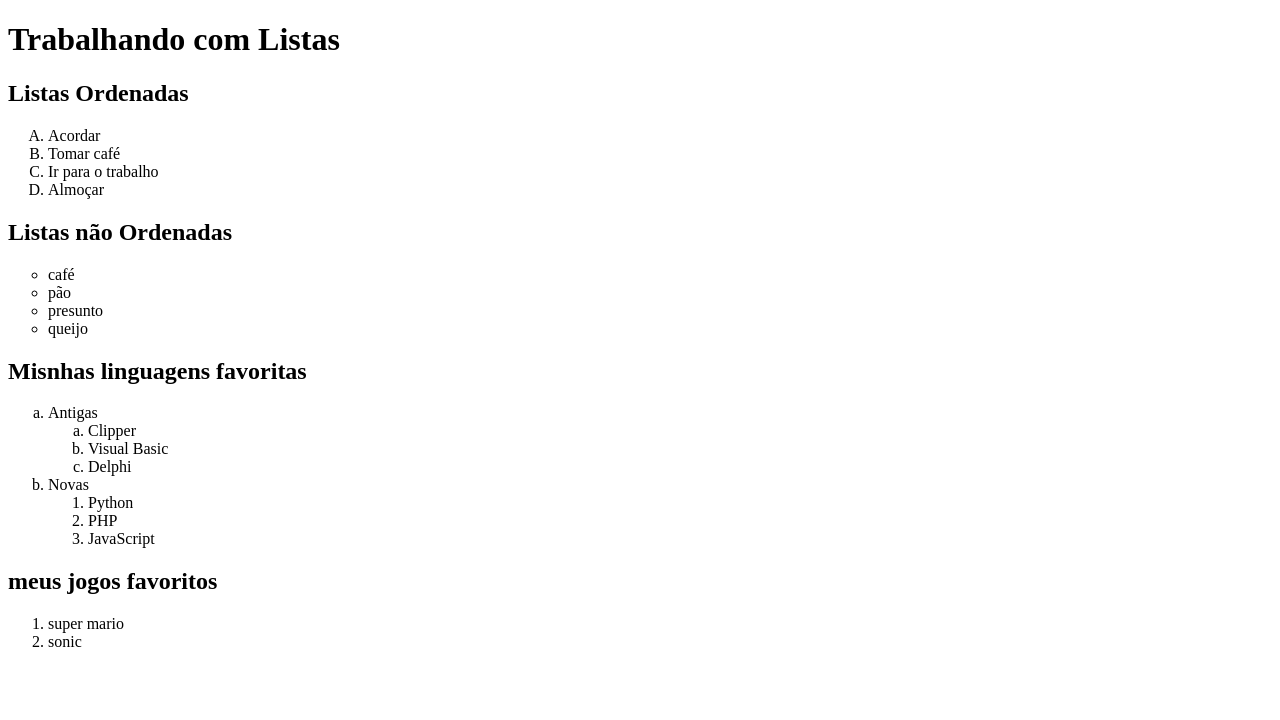
Repository: Iamjordana/html-css
Page: Html Css/Exercicios/ex009/index.html
These files come from the project's save history. The page is drawn as it stood at one moment and after a run of saves; the edit follows.
The browser window is 1280 px wide. The pictures show the whole page.

Above is the page before, as saved 2025-01-08 18:36:26.

### Html Css/Exercicios/ex009/index.html
<!DOCTYPE html>
<html lang="pt-br">
<head>
    <meta charset="UTF-8">
    <meta name="viewport" content="width=device-width, initial-scale=1.0">
    <title>Listas</title>
</head>
<body>
    <h1>Trabalhando com Listas</h1> <!--Lista Simples-->
    <h2>Listas Ordenadas</h2>
    <ol type="A"> <!--1 A a I i-->
        <li>Acordar</li>
        <li>Tomar café</li>
        <li>Ir para o trabalho</li>
        <li>Almoçar</li>
    </ol>

    <h2>Listas não Ordenadas</h2>
    <ul type = "Circle"> <!--Circle square disc-->
        <li>café</li>
        <li>pão</li>
        <li>presunto</li>
        <li>queijo</li>
    </ul>

<h2>Misnhas linguagens favoritas</h2>
<ol type="a">
    <li>Antigas</li>
    <ol type="a">
        <li>Clipper</li>
        <li>Visual Basic</li>
        <li>Delphi</li>
    </ol>
    <li>Novas </li>
    <ol type="1">
        <li>Python</li>
        <li>PHP</li>
        <li>JavaScript</li>
    </ol>
</ol>
<h2>meus jogos favoritos</h2>
<ol>
    <li>super mario</li>
    <li>sonic</li>


</ol>

</body>
</html>

After the next 4 saves:
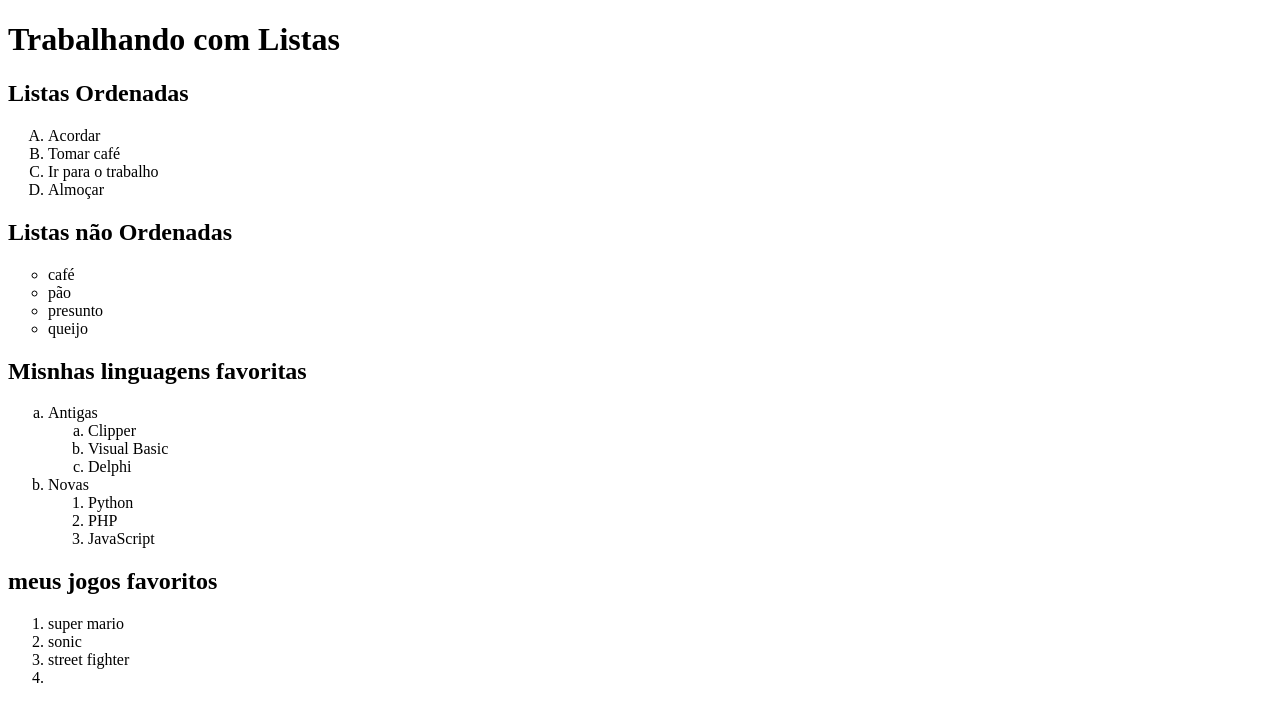
The 4 saves are shown as one change because they came seconds apart.
The last was saved 10 s later.
--- a/Html Css/Exercicios/ex009/index.html
+++ b/Html Css/Exercicios/ex009/index.html
@@ -42,6 +42,8 @@
 <ol>
     <li>super mario</li>
     <li>sonic</li>
+    <li>street fighter</li>
+    <li></li>
 
 
 </ol>
